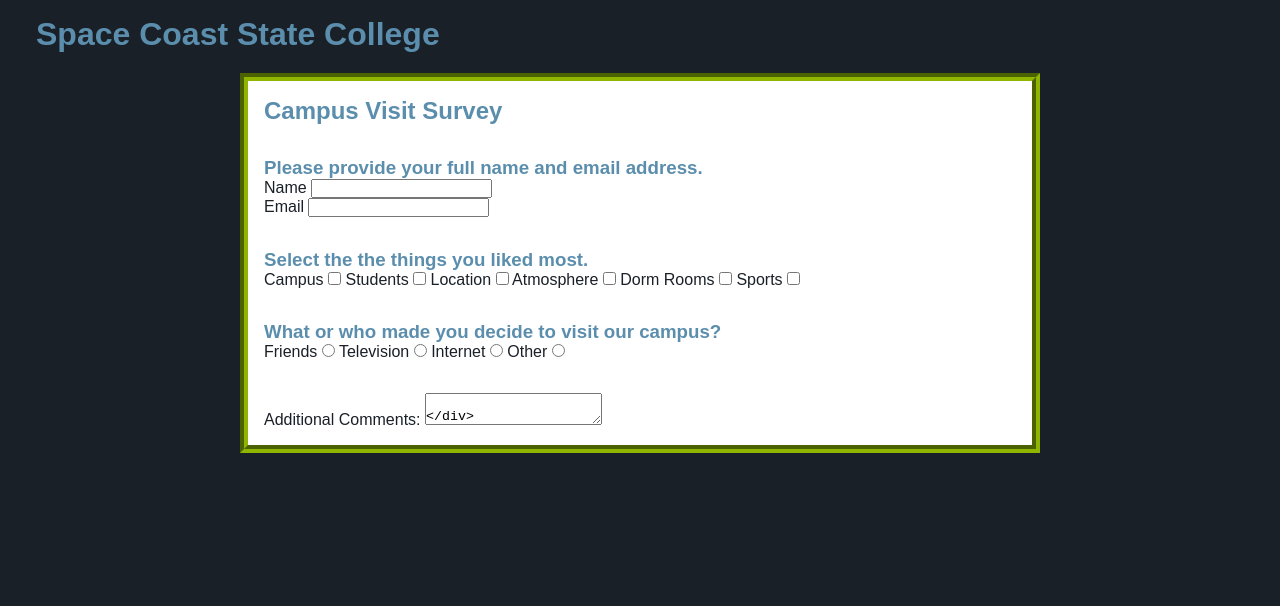
Repository: mlmEFSC21/P2-University-Form
Page: index.html
These files come from the project's save history. The page is drawn as it stood at one moment and after the next save; the edit follows.
The browser window is 1280 px wide. The pictures show the whole page.
Some web fonts or font styles are not loaded; a fallback is used.

Above is the page before, as saved 2022-01-29 19:21:23.

### index.html
<!DOCTYPE html>
<html lang="en">
    <head>
        <meta charset="UTF-8" />
        <meta http-equiv="X-UA-Compatible" content="IE=edge" />
        <meta name="viewport" content="width=device-width, initial-scale=1.0" />
        <title>University Form</title>
        <link rel="stylesheet" href="uniFormStyles.css" />
    </head>
    <body>
        <header>
            <h1>Space Coast State College</h1>
        </header>
        <main>
          <section class="flex">
            <h2>Campus Visit Survey</h2>
            <article class="info">
              <h3>Please provide your full name and email address.</h3>
            <!-- REMEMBER TO CHANGE THIS TO A POST TO DEITEL!!!!!!!!!!-->
            <form action="results.html" method="GET">
                <div>
                    <label for="name">Name</label>
                    <input type="text" id="name" name="name" required />
                </div>
                <div>
                    <label for="email">Email</label>
                    <input type="email" id="email" name="email" required />
                </div>
                </article>
                <article class="favFeatures">
                    <h3>Select the the things you liked most.</h3>
                    <label for="campus">Campus</label>
                    <input type="checkbox" id="campus" name="campus" />
                    <label for="students">Students</label>
                    <input type="checkbox" id="students" name="students" />
                    <label for="location">Location</label>
                    <input type="checkbox" id="location" name="location" />
                    <label for="atmosphere">Atmosphere</label>
                    <input type="checkbox" id="atmosphere" name="atmosphere" />
                    <label for="dorms">Dorm Rooms</label>
                    <input type="checkbox" id="dorms" name="dorms" />
                    <label for="sports">Sports</label>
                    <input type="checkbox" id="sports" name="sports" />
                </article>
                <article class="">
                    <h3>What or who made you decide to visit our campus?</h3>
                    <label for="friends">Friends</label>
                    <input type="radio" id="friends" name="referred" required />
                    <label for="television">Television</label>
                    <input type="radio" id="television" name="referred" />
                    <label for="internet">Internet</label>
                    <input type="radio" id="internet" name="referred" />
                    <label for="other">Other</label>
                    <input type="radio" id="other" name="referred" />
                </article>
                <div>
                    <label for="comments">Additional Comments:</label>
                    <textarea id="comments" name="comments">
                </div>
                <button type="submit" class="submit">Submit</button>
                <button type="reset" class="reset">Reset</button>
            </form>
            </section>
        </main>
    </body>
</html>

### uniFormStyles.css
@import url("https://fonts.googleapis.com/css2?family=Spectral:wght@300&display=swap");

:root {
    --clr-prime: #003c5e;
    --clr-second: #1a2028;
    --clr-accent: #8fb500;
    --clr-font-prime: #5b8ead;
    --clr-font-second: black;
}

*,
*::before,
*::after {
    margin: 0;
    padding: 0;
    box-sizing: border-box;
}
body {
    margin: 0 1.25em;
    padding: 1em;
    background-color: var(--clr-second);
    font-family: "Spectral", sans-serif;
    color: var(--clr-font-prime);
}
header {
    color: var(--clr-font-prime);
    margin-bottom: 1.25em;
}
.flex {
    display: flex;
    flex-direction: column;
    max-width: 800px;
    border: 8px groove var(--clr-accent);
    background-color: white;
    gap: 2rem;
    margin: auto;
    padding: 1rem;
}
label {
    color: var(--clr-second);
}
button {
    width: 75px;
    font-size: large;
    cursor: pointer;
}

After the next save:
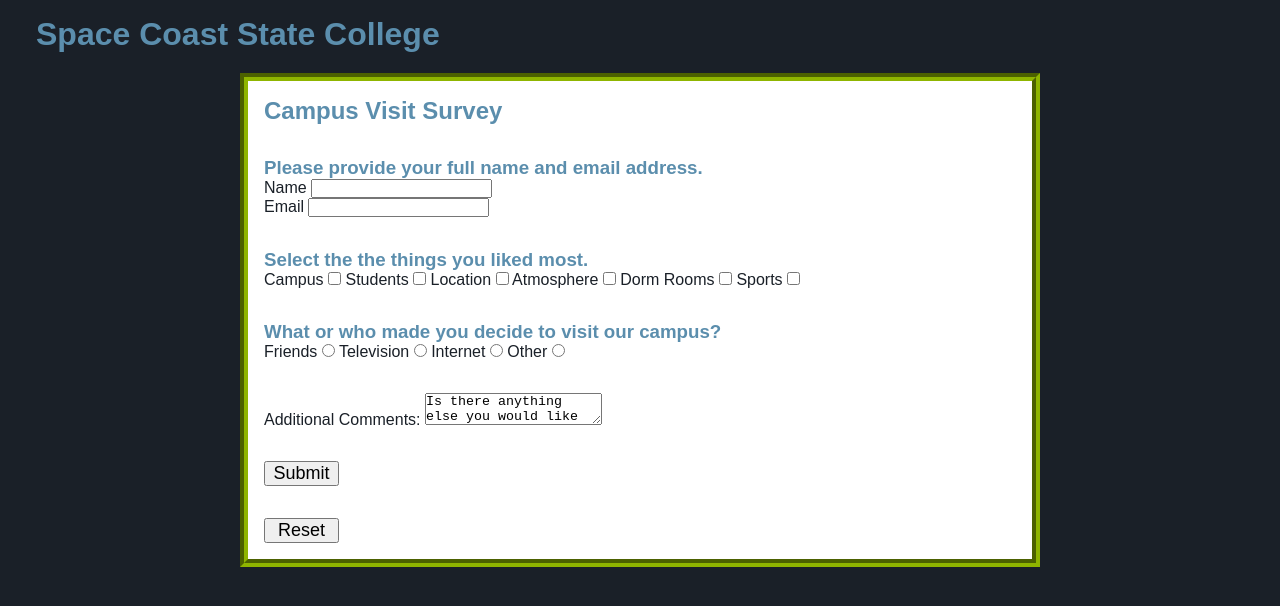
Saved 116 s later.
--- a/index.html
+++ b/index.html
@@ -55,7 +55,7 @@
                 </article>
                 <div>
                     <label for="comments">Additional Comments:</label>
-                    <textarea id="comments" name="comments">
+                    <textarea id="comments" name="comments">Is there anything else you would like to say?</textarea>
                 </div>
                 <button type="submit" class="submit">Submit</button>
                 <button type="reset" class="reset">Reset</button>
